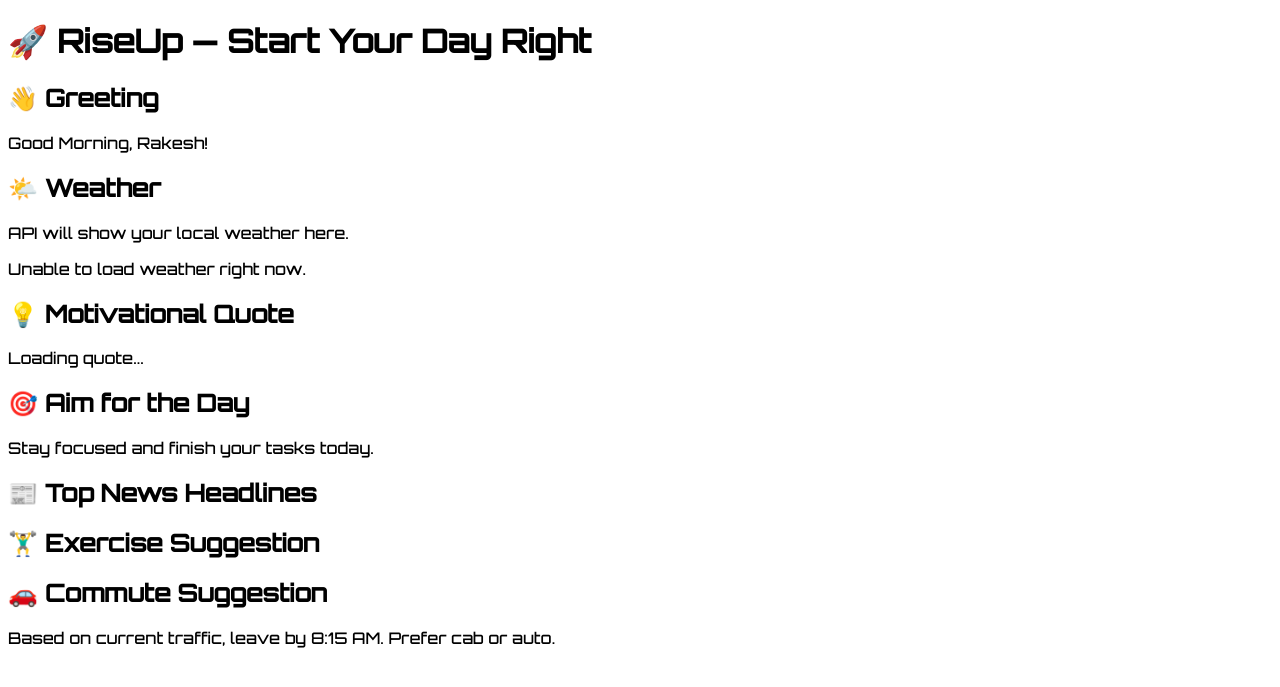
Repository: rakeshkumar1012/riseup
Page: /
An editor plug-in stored every save of this project. The page is shown before and after the next save, followed by the edit.
The browser window is 1280 px wide. The pictures show the whole page.
The page's requests for data from a server got no answer. The project was rebuilt for these pictures with package versions that can differ from the ones it lists, and the page was loaded fresh each time. No one was signed in, and anything a server would have sent is missing.

Above is the page before, as saved 2025-07-05 03:46:04.

After the next save:
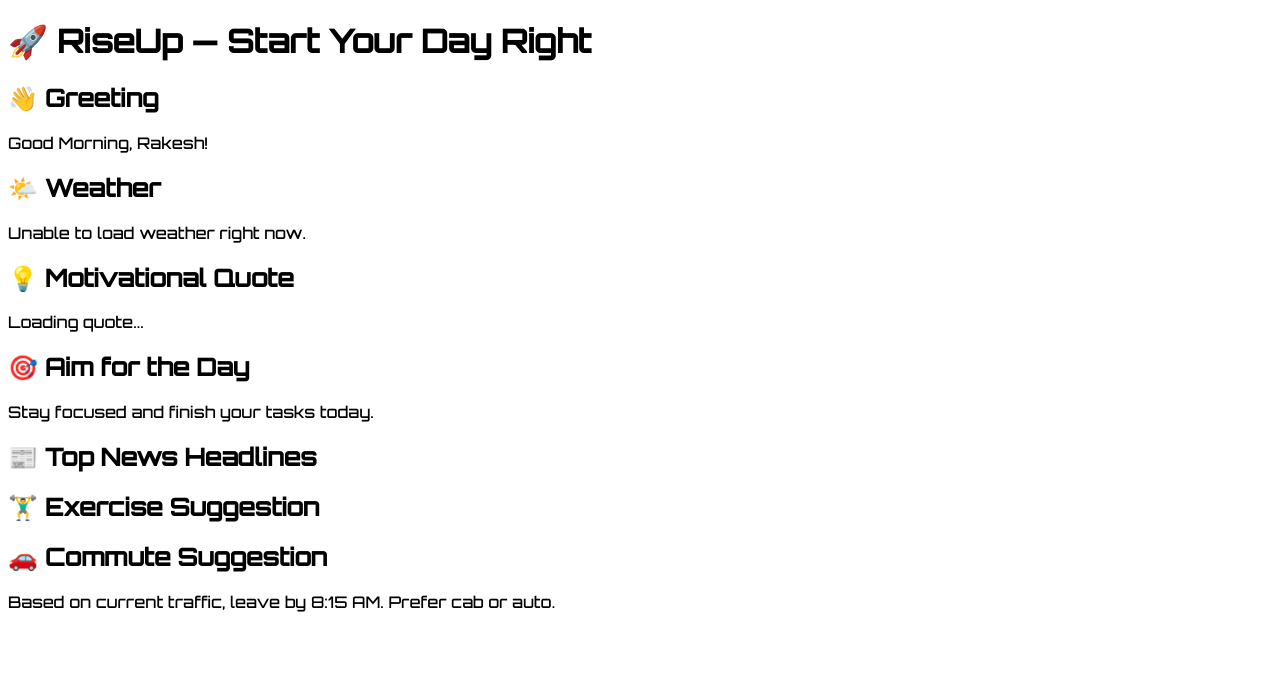
Saved 89 s later.
--- a/src/App.js
+++ b/src/App.js
@@ -20,8 +20,6 @@ function App() {
 
         {/* Weather */}
         <Section title="🌤️ Weather" gradient="from-blue-400 to-cyan-500">
-
-          <p className="text-white/90">API will show your local weather here.</p>
           <Weather />
         </Section>
 
